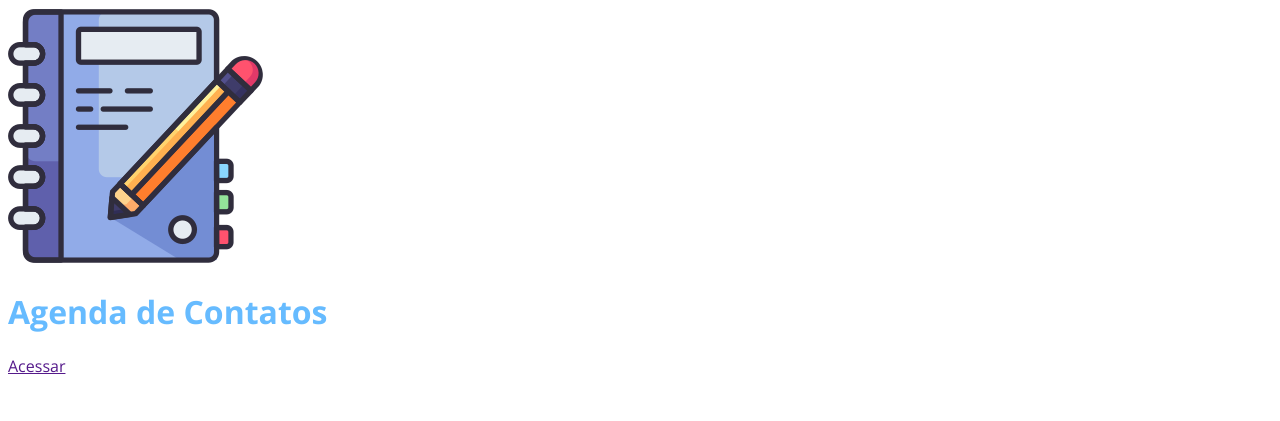
Repository: jairft/Agenda
Page: agenda/src/main/webapp/index.html
The author's editor kept a copy of each file at every save. The page is drawn from the files as they stood at one save, then again after the next save.
The browser window is 1280 px wide. The pictures show the whole page.

Above is the page before, as saved 2022-09-05 21:30:30.

### agenda/src/main/webapp/index.html
<!DOCTYPE html>
<html lang="pt-br">
<head>
<meta charset="UTF-8">
<title>Agenda de contatos</title>
<link rel="icon" href="imagens/fivicon.png">
<link rel="styLesheet" href="style.css">
</head>
<body>
<img src="imagens/agenda.png">
	<h1>Agenda de Contatos</h1>
	<a href="">Acessar</a>
</body>
</html>

### agenda/src/main/webapp/style.css
@charset "utf-8";
@import url('https://fonts.googleapis.com/css2?family=Open+Sans:wght@400;700&display=swap');

body {
	font-family: 'Open Sans', sans-serif;
	font-size: 1em;
	font-weight: 400;
}

h1 {
	color: #66bbff;

}
.botao1 {
	text-decoration: none;
	background-color: #66bbff;
	padding: 5px 10px 5px 10px;
}

After the next save:
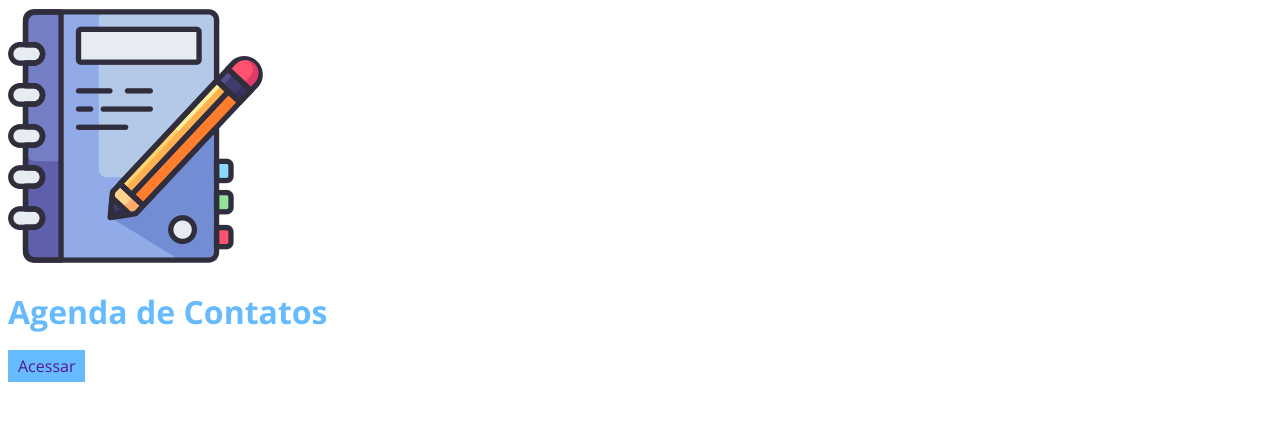
Saved 2 s later.
--- a/agenda/src/main/webapp/index.html
+++ b/agenda/src/main/webapp/index.html
@@ -1,7 +1,7 @@
 <!DOCTYPE html>
 <html lang="pt-br">
 <head>
-<meta charset="UTF-8">
+<meta charset="utf-8">
 <title>Agenda de contatos</title>
 <link rel="icon" href="imagens/fivicon.png">
 <link rel="styLesheet" href="style.css">
@@ -9,6 +9,6 @@
 <body>
 <img src="imagens/agenda.png">
 	<h1>Agenda de Contatos</h1>
-	<a href="">Acessar</a>
+	<a href="" class="botao1">Acessar</a>
 </body>
 </html>
